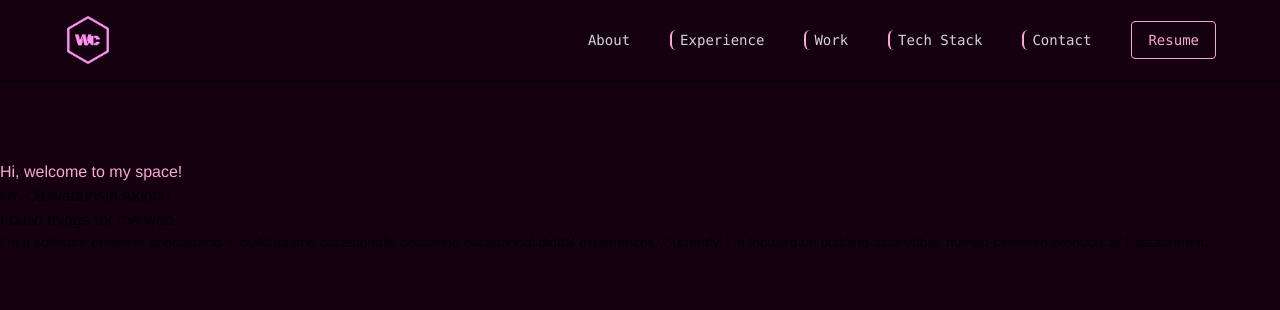
Repository: EmmyDunny1/myPortfolio
Page: / (app in MyPortfolio/)
These files come from the project's save history. The page is drawn as it stood at one moment and after a run of saves; the edit follows.
The browser window is 1280 px wide. The pictures show the whole page.
The project was rebuilt for these pictures with package versions that can differ from the ones it lists, and the page was loaded fresh each time. Also part of the build but not shown: MyPortfolio/vite.config.js.

Above is the page before, as saved 2025-01-13 10:34:35.

After the next 2 saves:
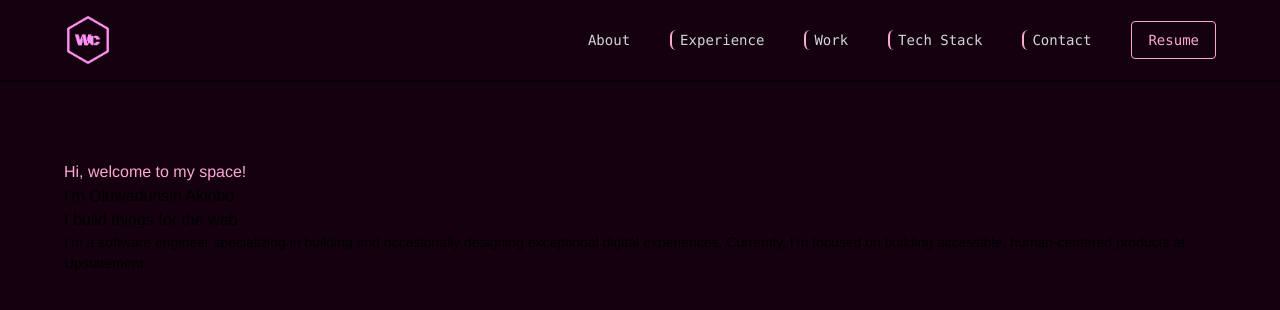
The 2 saves are shown as one change because they came seconds apart.
The last was saved 22 s later.
--- a/MyPortfolio/src/components/HeroSection.jsx
+++ b/MyPortfolio/src/components/HeroSection.jsx
@@ -2,7 +2,7 @@
 
 const HeroSection = () => {
   return (
-    <div className='block  mx-'>
+    <div className='block mx-[4rem]'>
 
       <div className=''>
         <span className='text-pink-300'>Hi, welcome to my space!</span>
